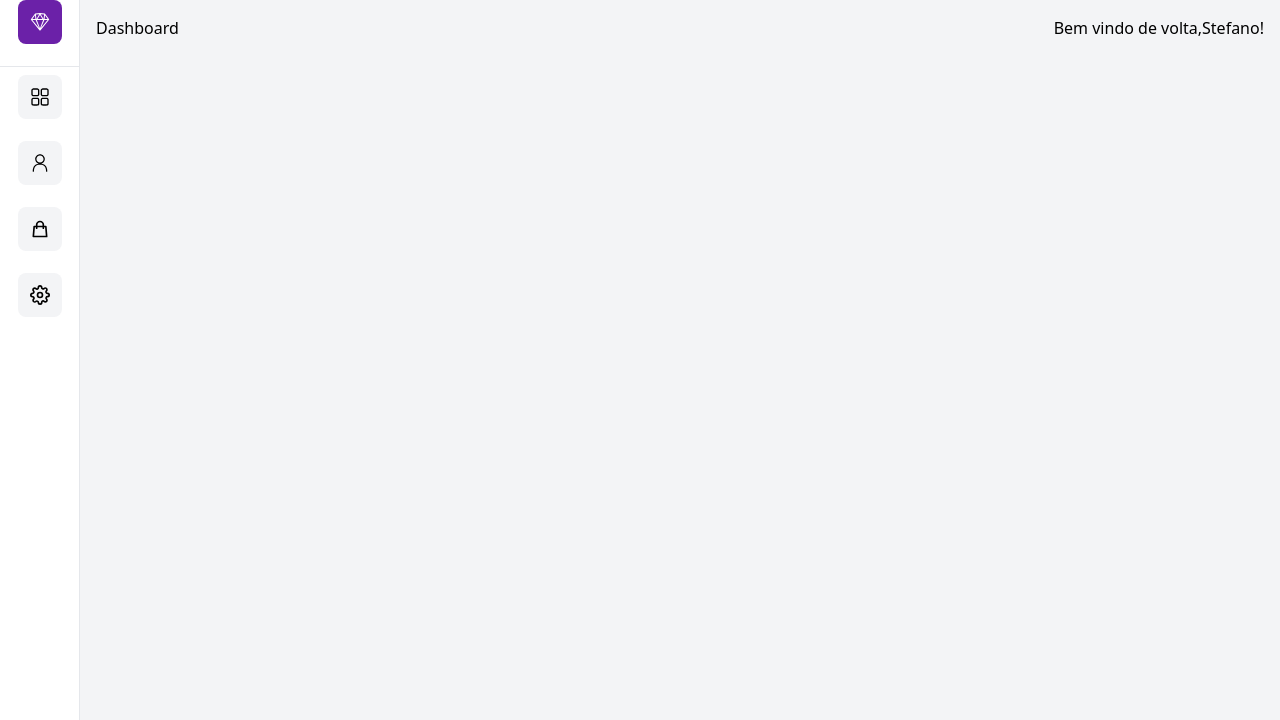
Repository: stefanosousaa/dashboard-next13
Page: /
The author's editor kept a copy of each file at every save. The page is drawn from the files as they stood at one save, then again after the next save.
The browser window is 1280 px wide. The pictures show the whole page.
The project was rebuilt for these pictures with package versions that can differ from the ones it lists, and the page was loaded fresh each time. The framework's server and built-in components were replaced by stand-ins that run in the browser. Also part of the build but not shown: next.config.js.

Above is the page before, as saved 2023-05-11 22:58:10.

### pages/_app.js
import Sidebar from '@/components/Sidebar'
import '@/styles/globals.css'

export default function App({ Component, pageProps }) {
  return (
    <Sidebar>
        <Component {...pageProps} />
    </Sidebar>

  )
}

### pages/index.js
import Header from '../components/Header';
import Head from 'next/head';

export default function Home() {
  return (
    <>
      <Head>
        <title>Create Next App</title>
        <meta name="description" content="Generated by create next app" />
        <meta name="viewport" content="width=device-width, initial-scale=1" />
        <link rel="icon" href="/favicon.ico" />
      </Head>

      <main className='bg-gray-100 min-h-screen'>
        <Header/>
      </main>

    </>
  );
};

### components/Sidebar.jsx
import Link from 'next/link'
import Image from 'next/image'
import React from 'react'
import {RxSketchLogo,RxDashboard, RxPerson} from 'react-icons/rx'
import {FiSettings} from 'react-icons/fi'
import {HiOutlineShoppingBag} from 'react-icons/hi'

const Sidebar = ({children}) => {
  return (
    <div className='flex'>
        <div className='fixed w-20 h-screen bg-white border-r-[1px] flex flex-col justify-between'>
        <div className='flex flex-col items-center'>

          <Link href='/'>
            <div className='bg-purple-800 text-white p-3 rounded-lg inline-block'>
              <RxSketchLogo size={20}/>
            </div>
          </Link>
          <span className='border-b-[1px] border-gray-200 w-full p-2'></span>
          <Link href='/'>
            <div className='bg-gray-100 hover:bg-gray-200 cursor-pointer my-2 p-3 rounded-lg inline-block'>
              <RxDashboard size={20}/>
            </div>
          </Link>
          <Link href='/costumerd'>
            <div className='bg-gray-100 hover:bg-gray-200 cursor-pointer my-2 p-3 rounded-lg inline-block'>
              <RxPerson size={20}/>
            </div>
          </Link>
          <Link href='/orders'>
            <div className='bg-gray-100 hover:bg-gray-200 cursor-pointer my-2 p-3 rounded-lg inline-block'>
              <HiOutlineShoppingBag size={20}/>
            </div>
          </Link>
          <Link href='/'>
            <div className='bg-gray-100 hover:bg-gray-200 cursor-pointer my-2 p-3 rounded-lg inline-block'>
              <FiSettings size={20}/>
            </div>
          </Link>
        </div>
        </div>

        <main className='ml-20 w-full'>{children}</main>
    </div>
  )
}

export default Sidebar

### components/Header.jsx
import React from 'react'

const Header = () => {
  return (
    <div className='flex justify-between px-4 pt-4'>
        <h2>Dashboard</h2>
        <h2>Bem vindo de volta,Stefano!</h2>
    </div>
  )
}

export default Header

Loaded but not shown: pages/_document.js (common file); styles/globals.css (common file); tailwind.config.js (common file)

After the next save:
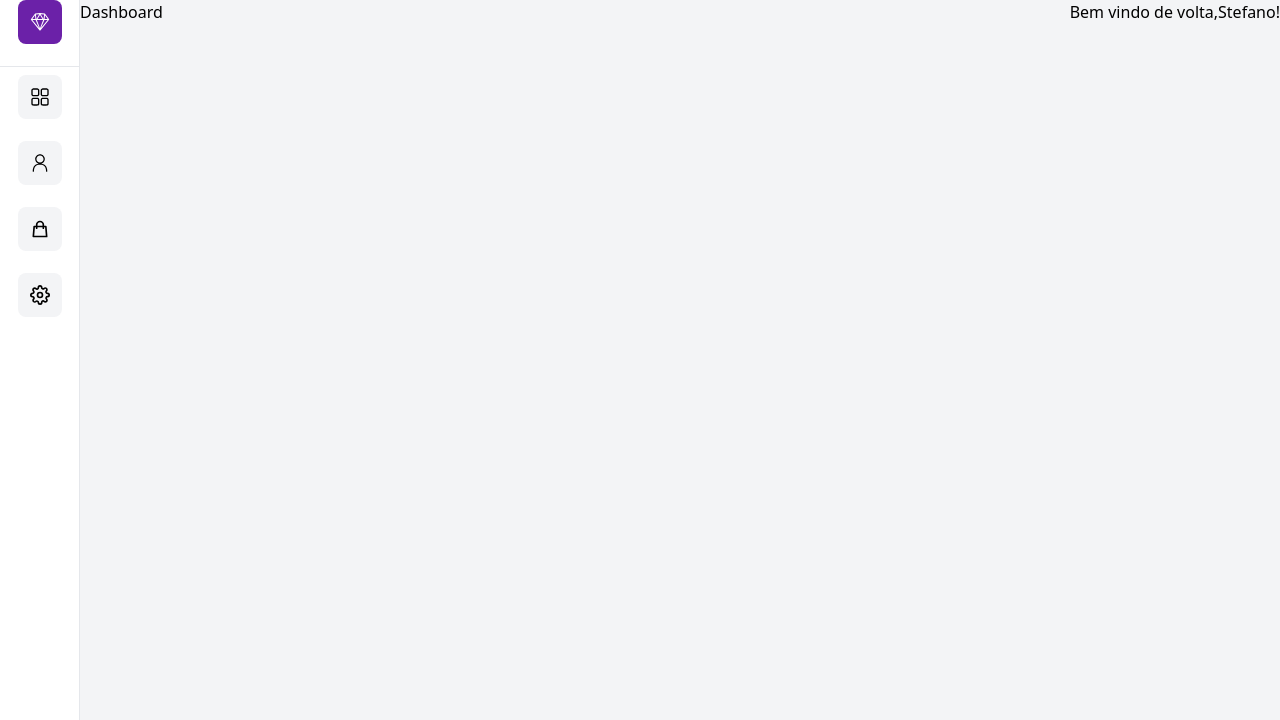
Saved 2 min 12 s later.
--- a/components/Header.jsx
+++ b/components/Header.jsx
@@ -2,7 +2,7 @@
 
 const Header = () => {
   return (
-    <div className='flex justify-between px-4 pt-4'>
+    <div className='flex justify-between'>
         <h2>Dashboard</h2>
         <h2>Bem vindo de volta,Stefano!</h2>
     </div>

After the save that followed:
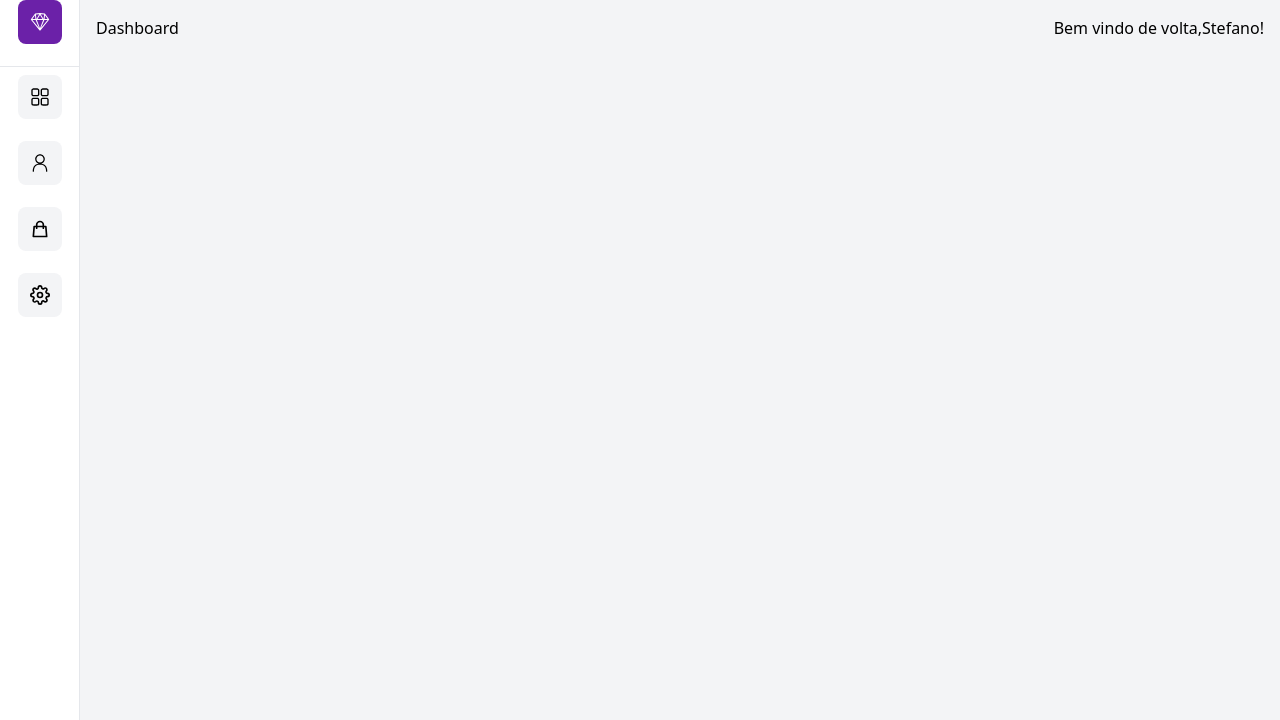
Saved 13 s later.
--- a/components/Header.jsx
+++ b/components/Header.jsx
@@ -2,7 +2,7 @@
 
 const Header = () => {
   return (
-    <div className='flex justify-between'>
+    <div className='flex justify-between px-4 pt-4'>
         <h2>Dashboard</h2>
         <h2>Bem vindo de volta,Stefano!</h2>
     </div>
